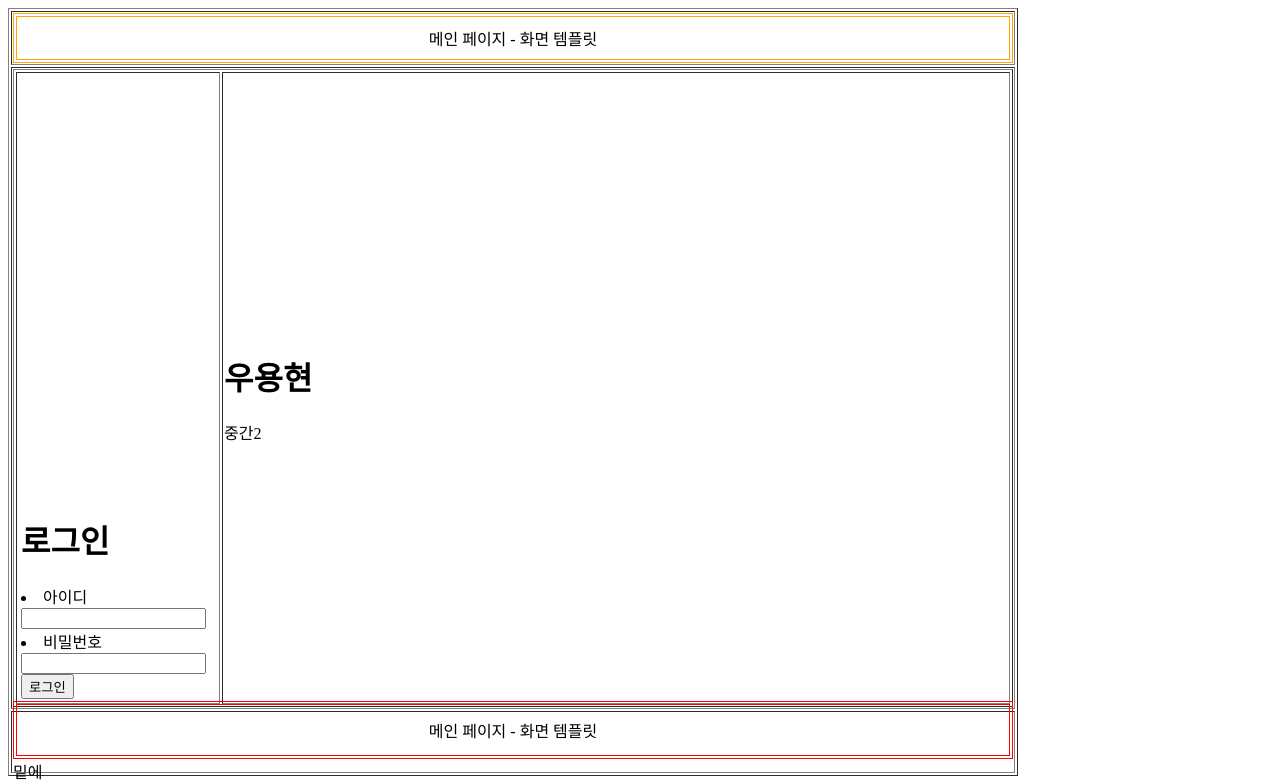
Repository: ikobean/ikoebean
Page: http://localhost/dev_jsp/ch07/index.jsp
An editor plug-in stored every save of this project. The page is shown before and after a run of saves, followed by the edit.
The browser window is 1280 px wide. The pictures show the whole page.
The page is served by Tomcat 9. Other server files are loaded and not shown.

Above is the page before, as saved 2019-07-17 02:35:10.

### workspace_jsp/dev_jsp/WebContent/ch07/index.jsp
<%@ page language="java" contentType="text/html; charset=UTF-8"
    pageEncoding="UTF-8"%>
<!DOCTYPE html>
<html>
<head>
<meta charset="UTF-8">
<title>Insert title here</title>
</head>
<body>
<table border=1 width="1000" height="500">
<!-- top 영억 -->
	<tr>
	<td height="50" >

	<jsp:include page="top.jsp" flush="false"/></td>
	</tr>
<!-- body 영억 -->
	<tr>
		<td>
			<table border=1 width="1000" height="400">
				<tr>
<!-- menu 영억 -->
					<td width="200" >
					<jsp:include page="menu.jsp" flush="false"/>

					</td>
<!-- main 영억 -->
					<td>
					<jsp:include page="main.jsp" flush="false"/>
						중간2
					</td>
				</tr>

			</table>
		</td>
	</tr>
<!-- bottom 영억 -->
	<tr>
		<td height="50">
		<jsp:include page="bottom.jsp" flush="false"/>
		밑에
		</td>
	</tr>
</table>
</body>
</html>

### workspace_jsp/dev_jsp/WebContent/ch07/top.jsp
<%@ page language="java" contentType="text/html; charset=UTF-8"
    pageEncoding="UTF-8"%>
<!DOCTYPE html>
<html>
<head>
<meta charset="UTF-8">
<title>index.jsp페이지에 삽입되므로 title은 보이지 않음.</title>
</head>
<body>

<!-- index.jsp top영역에서 width와 height을 상수로 처리했으므로 %로 처리하면 됨. -->
<table width="100%" height="100%" borderColor="orange" border="1">
	<tr>
		<td align="center">	메인 페이지 - 화면 템플릿 </td>
	</tr>
</table>
</body>
</html>

### workspace_jsp/dev_jsp/WebContent/ch07/menu.jsp
<%@ page language="java" contentType="text/html; charset=UTF-8"
    pageEncoding="UTF-8"%>
<!DOCTYPE html>
<html>
<head>
<meta charset="UTF-8">
<title>Insert title here</title>
</head>
<body>
<table>
	<tr>
		<td align="left" valign="top">
		<table>
			<tr><td height="20px"></td></tr>
			<tr><td height="20px"></td></tr>
			<tr><td height="20px"></td></tr>
			<tr><td height="340px"></td></tr>

		</table>
			<h1>로그인</h1>

			<li>아이디</li><input type="text">
			<li>비밀번호</li> <input type="text">
			<br>
			<input type='button' value="로그인" onclick=alert("암것도없지롱")>
		</td>
	</tr>

</table>
</body>
</html>

### workspace_jsp/dev_jsp/WebContent/ch07/main.jsp
<%@ page language="java" contentType="text/html; charset=UTF-8"
    pageEncoding="UTF-8"%>
<!DOCTYPE html>
<html>
<head>
<meta charset="UTF-8">
<title>Insert title here</title>
</head>
<body>
<h1>우용현</h1>

</body>
</html>

### workspace_jsp/dev_jsp/WebContent/ch07/bottom.jsp
<%@ page language="java" contentType="text/html; charset=UTF-8"
    pageEncoding="UTF-8"%>
<!DOCTYPE html>
<html>
<head>
<meta charset="UTF-8">
<title>Insert title here</title>
</head>
<body>

<table width="100%" height="100%" borderColor="red" border="1">
	<tr>
		<td align="center">	메인 페이지 - 화면 템플릿 </td>
	</tr>
</table>
</body>
</html>

After the next 2 saves:
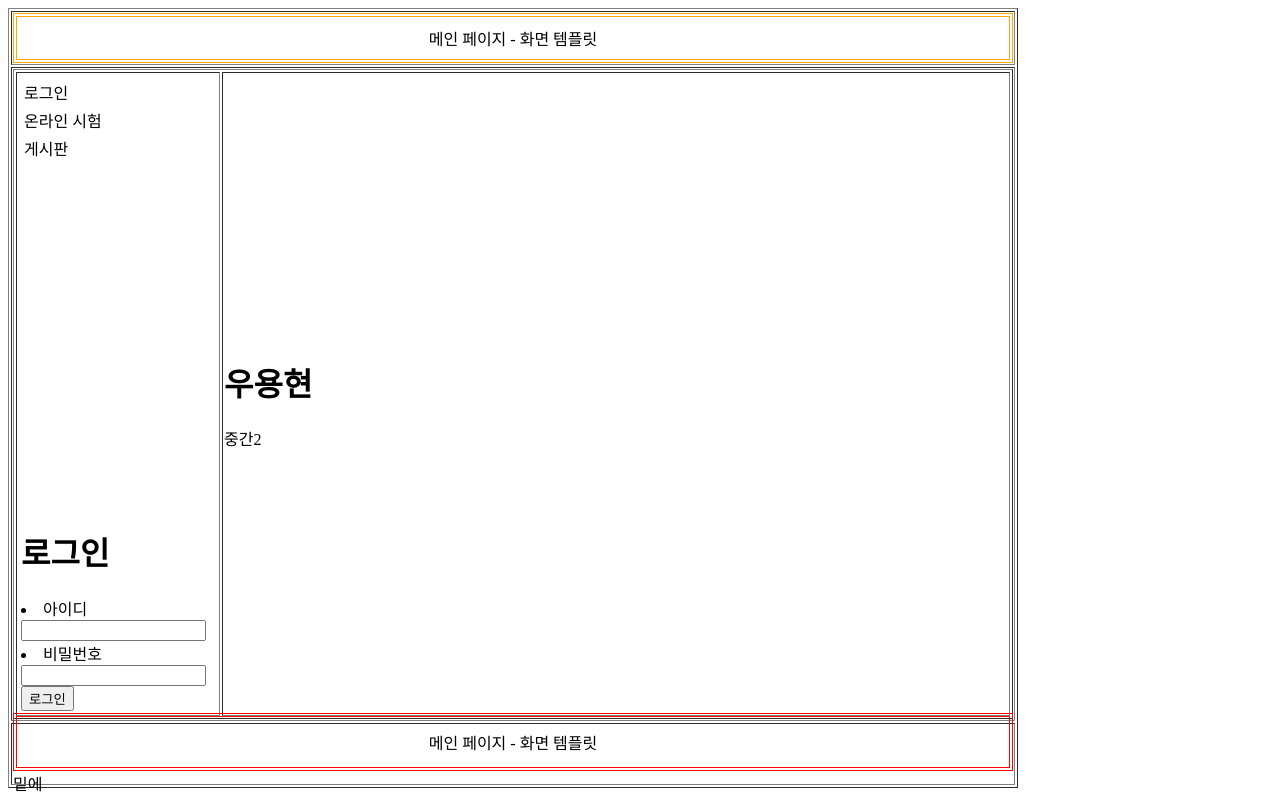
The 2 saves are shown as one change because they came seconds apart.
The last was saved 17 s later.
--- a/workspace_jsp/dev_jsp/WebContent/ch07/menu.jsp
+++ b/workspace_jsp/dev_jsp/WebContent/ch07/menu.jsp
@@ -11,10 +11,10 @@
 	<tr>
 		<td align="left" valign="top">
 		<table>
-			<tr><td height="20px"></td></tr>
-			<tr><td height="20px"></td></tr>
-			<tr><td height="20px"></td></tr>
-			<tr><td height="340px"></td></tr>
+			<tr><td height="20px">로그인</td></tr>
+			<tr><td height="20px">온라인 시험</td></tr>
+			<tr><td height="20px">게시판</td></tr>
+			<tr><td height="340px">&nbsp;</td></tr>
 
 		</table>
 			<h1>로그인</h1>
